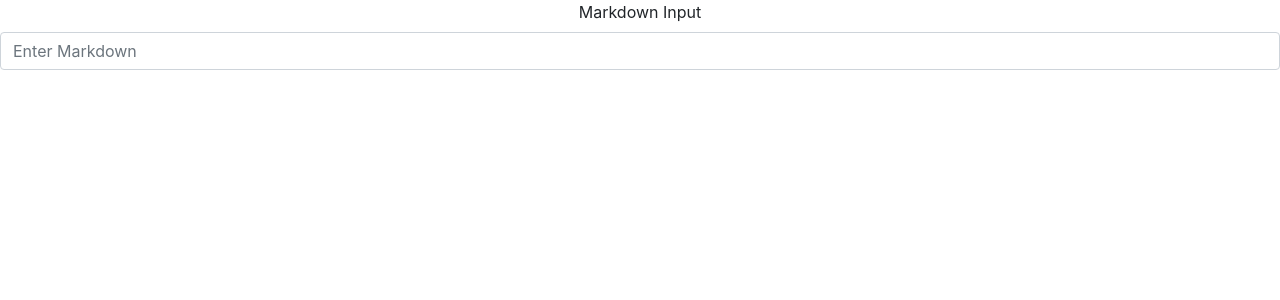
Repository: hoangphuong965/markdown
Page: /
The author's editor kept a copy of each file at every save. The page is drawn from the files as they stood at one save, then again after the next save.
The browser window is 1280 px wide. The pictures show the whole page.
The project was rebuilt for these pictures with package versions that can differ from the ones it lists, and the page was loaded fresh each time.

Above is the page before, as saved 2020-07-09 08:08:12.

After the next save:
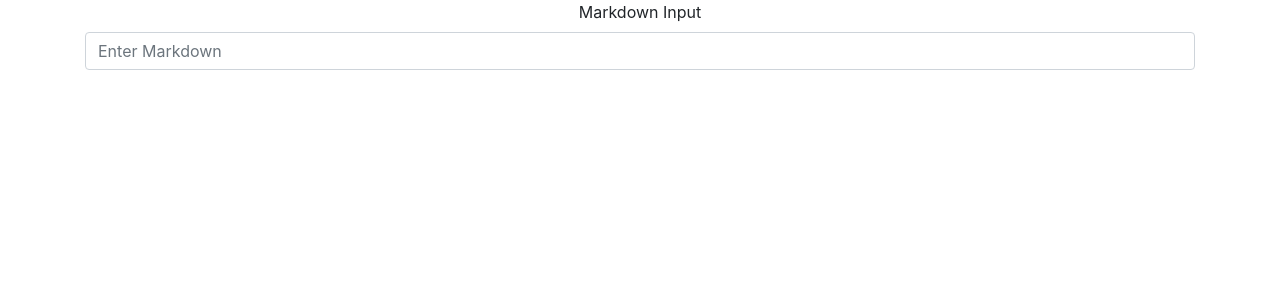
Saved 12 s later.
--- a/src/App.js
+++ b/src/App.js
@@ -8,7 +8,7 @@ let marked = require("marked");
 class App extends Component {
   render() {
     return (
-      <div className="App Container">
+      <div className="App container">
         <div>
           <FormGroup controlId="formControlsTextarea">
             <FormLabel>Markdown Input</FormLabel>
